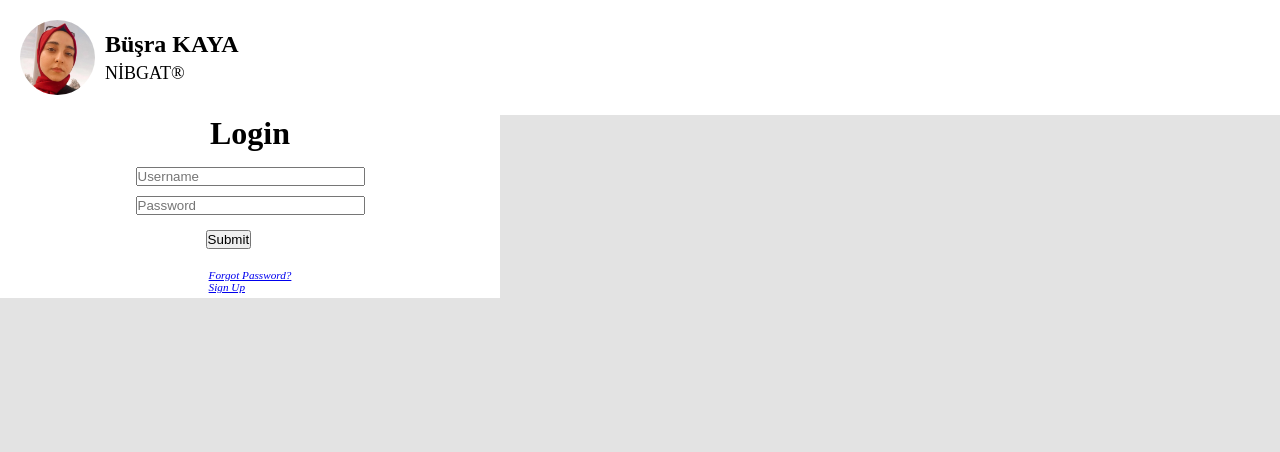
Repository: busra-kayaa/LoginPage
Page: login.html
The author's editor kept a copy of each file at every save. The page is drawn from the files as they stood at one save, then again after the next save.
The browser window is 1280 px wide. The pictures show the whole page.

Above is the page before, as saved 2024-01-02 18:18:16.

After the next save:
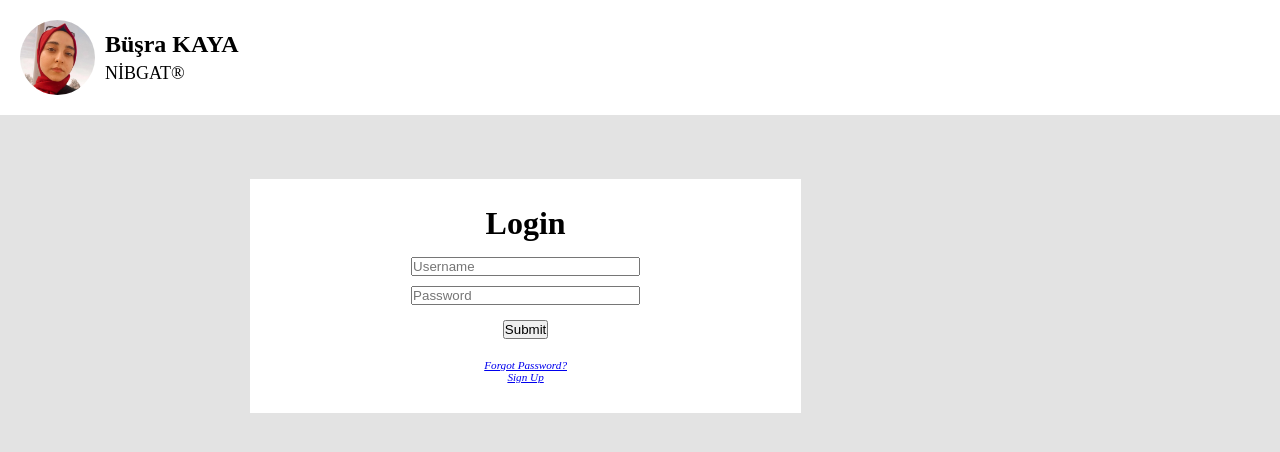
Saved 17 s later.
--- a/style.css
+++ b/style.css
@@ -51,7 +51,13 @@ body {
     background-color: #ffffff;
     flex-direction: column;
     align-items: center;
+    text-align: center;
     display: flex;
+    margin-top: 5%;
+    margin-bottom: 5%;
+    margin-right: 250px;
+    margin-left: 250px;
+    padding: 2%;
     width: 500px;
 }
 
